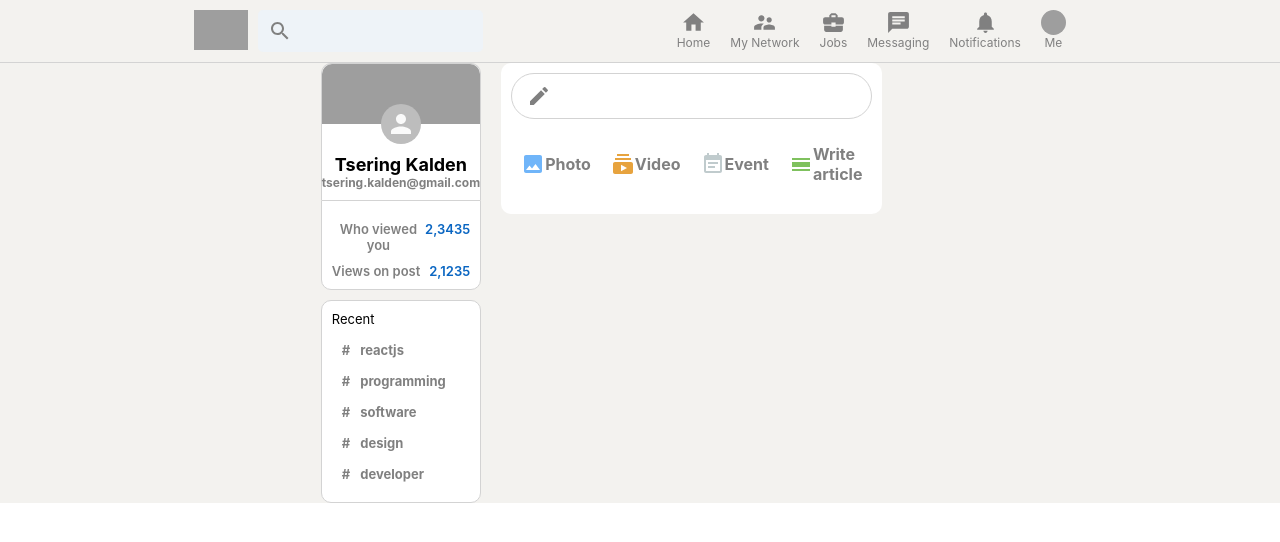
Repository: exiled-kal/linkedInreact-redux
Page: /
These files come from the project's save history. The page is drawn as it stood at one moment and after a run of saves; the edit follows.
The browser window is 1280 px wide. The pictures show the whole page.
The pointer rests on the first visible `.inputOption`.
Pictures or frames that could not be fetched are drawn as grey boxes. The project was rebuilt for these pictures with package versions that can differ from the ones it lists, and the page was loaded fresh each time.

Above is the page before, as saved 2020-12-22 20:53:58.

After the next 4 saves:
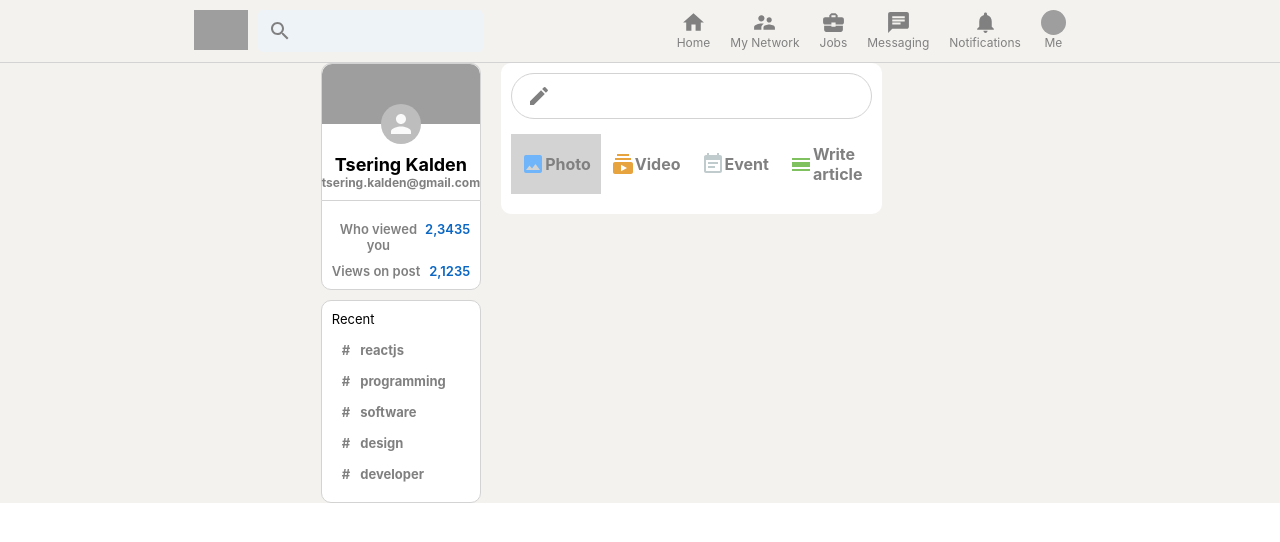
The 4 saves are shown as one change because they came seconds apart.
The last was saved 12 s later.
--- a/src/InputOption.css
+++ b/src/InputOption.css
@@ -8,5 +8,5 @@
 }
 
 .inputOption:hover {
-
+    background-color: lightgray;
 }
